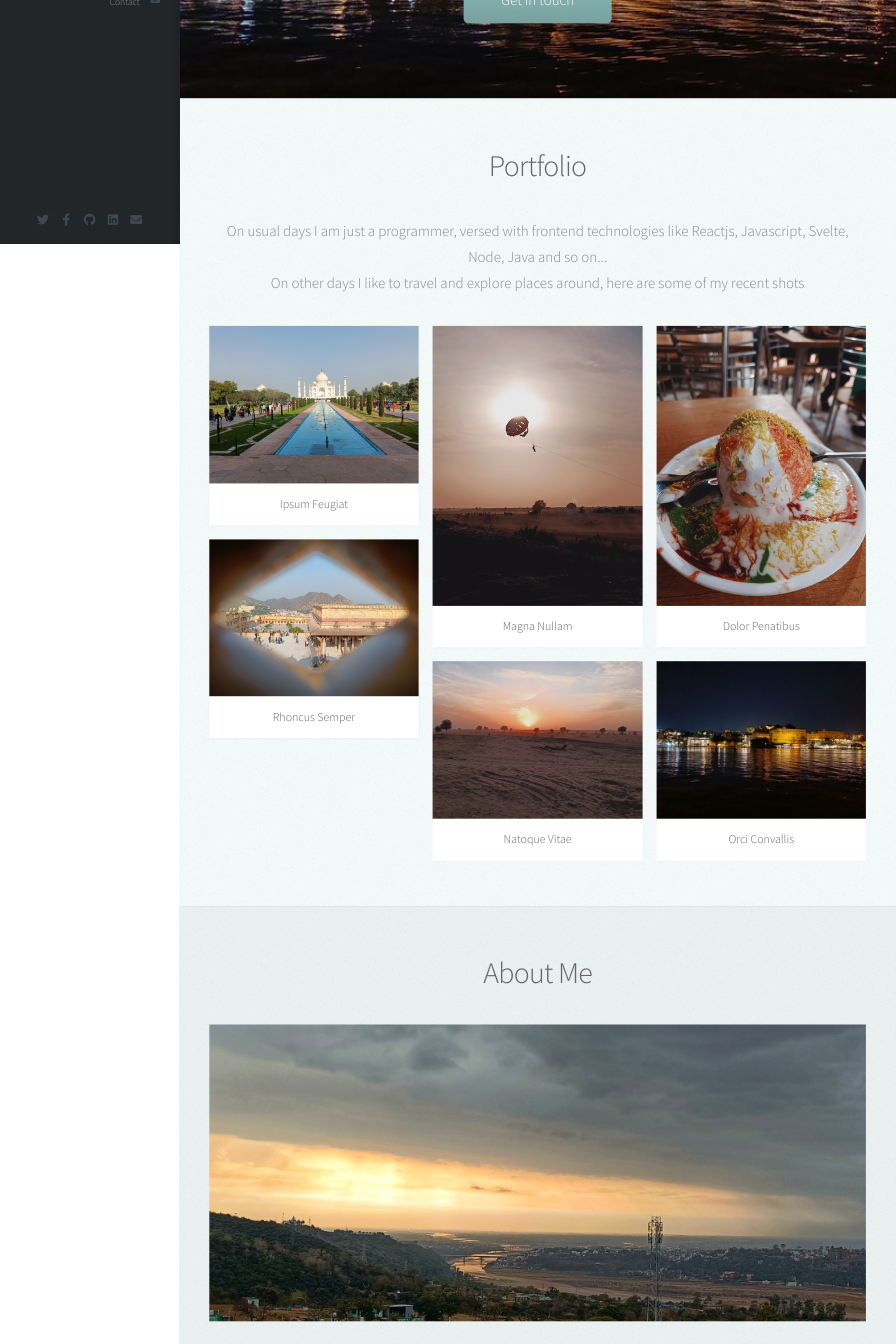
Repository: lovishchib/lovishchib.github.io
Page: index.html
An editor plug-in stored every save of this project. The page is shown before and after the next save, followed by the edit.
The browser window is 1280 px wide. The pictures show the part of the page from y = 371 to 2291 px (the page is 3572 px tall), at 70% of full size.

Above is the page before, as saved 2022-02-11 21:05:52.

### index.html
<!DOCTYPE HTML>
<!--
	Prologue by HTML5 UP
	html5up.net | @ajlkn
	Free for personal and commercial use under the CCA 3.0 license (html5up.net/license)
-->
<html>
	<head>
		<title>Lovish Chib</title>
		<meta charset="utf-8" />
		<meta name="viewport" content="width=device-width, initial-scale=1, user-scalable=no" />
		<link rel="stylesheet" href="assets/css/main.css" />
	</head>
	<body class="is-preload">

		<!-- Header -->
			<div id="header">

				<div class="top">

					<!-- Logo -->
						<div id="logo">
							<span class="image avatar48"><img src="images/avatar.jpg" alt="" /></span>
							<h1 id="title">Lovish Singh Chib</h1>
							<p>Senior Software Engineer</p>
						</div>

					<!-- Nav -->
						<nav id="nav">
							<ul>
								<li><a href="#top" id="top-link"><span class="icon solid fa-home">Intro</span></a></li>
								<li><a href="#portfolio" id="portfolio-link"><span class="icon solid fa-th">Portfolio</span></a></li>
								<li><a href="#about" id="about-link"><span class="icon solid fa-user">About Me</span></a></li>
								<li><a href="#contact" id="contact-link"><span class="icon solid fa-envelope">Contact</span></a></li>
							</ul>
						</nav>

				</div>

				<div class="bottom">

					<!-- Social Icons -->
						<ul class="icons">
							<li><a href="https://twitter.com/lovishchib" class="icon brands fa-twitter"><span class="label">Twitter</span></a></li>
							<li><a href="https://www.facebook.com/lovishsinghchib" class="icon brands fa-facebook-f"><span class="label">Facebook</span></a></li>
							<li><a href="https://github.com/lovishchib" class="icon brands fa-github"><span class="label">Github</span></a></li>
							<li><a href="https://www.linkedin.com/in/lovish-chib/" class="icon brands fa-linkedin"><span class="label">Linkedin</span></a></li>
							<li><a href="mailto:lovishchib@outlook.com" class="icon solid fa-envelope"><span class="label">Email</span></a></li>
						</ul>

				</div>

			</div>

		<!-- Main -->
			<div id="main">

				<!-- Intro -->
					<section id="top" class="one dark cover">
						<div class="container">

							<header>
								<h2 class="alt">Hi! I'm <strong>Lovish Chib</strong>,<br/> a techie
								by heart</h2>
								<p>A traveller and a foodie rest of the times</p>
							</header>

							<footer>
								<a href="#contact" class="button scrolly">Get in touch</a>
							</footer>

						</div>
					</section>

				<!-- Portfolio -->
					<section id="portfolio" class="two">
						<div class="container">

							<header>
								<h2>Portfolio</h2>
							</header>

							<p>On usual days I am just a programmer, versed with frontend technologies like Reactjs, Javascript, Svelte, Node, Java and so on... <br/>
								On other days I like to travel and explore places around, here are some of my recent shots</p>

							<div class="row">
								<div class="col-4 col-12-mobile">
									<article class="item">
										<a href="#" class="image fit"><img src="images/pic02.jpg" alt="" /></a>
										<header>
											<h3>Ipsum Feugiat</h3>
										</header>
									</article>
									<article class="item">
										<a href="#" class="image fit"><img src="images/pic03.jpg" alt="" /></a>
										<header>
											<h3>Rhoncus Semper</h3>
										</header>
									</article>
								</div>
								<div class="col-4 col-12-mobile">
									<article class="item">
										<a href="#" class="image fit"><img src="images/pic04.jpg" alt="" /></a>
										<header>
											<h3>Magna Nullam</h3>
										</header>
									</article>
									<article class="item">
										<a href="#" class="image fit"><img src="images/pic05.jpg" alt="" /></a>
										<header>
											<h3>Natoque Vitae</h3>
										</header>
									</article>
								</div>
								<div class="col-4 col-12-mobile">
									<article class="item">
										<a href="#" class="image fit"><img src="images/pic06.jpg" alt="" /></a>
										<header>
											<h3>Dolor Penatibus</h3>
										</header>
									</article>
									<article class="item">
										<a href="#" class="image fit"><img src="images/pic07.jpg" alt="" /></a>
										<header>
											<h3>Orci Convallis</h3>
										</header>
									</article>
								</div>
							</div>

						</div>
					</section>

				<!-- About Me -->
					<section id="about" class="three">
						<div class="container">

							<header>
								<h2>About Me</h2>
							</header>

							<a href="#" class="image featured"><img src="images/pic08.jpg" alt="" /></a>

							<p>Tincidunt eu elit diam magnis pretium accumsan etiam id urna. Ridiculus
							ultricies curae quis et rhoncus velit. Lobortis elementum aliquet nec vitae
							laoreet eget cubilia quam non etiam odio tincidunt montes. Elementum sem
							parturient nulla quam placerat viverra mauris non cum elit tempus ullamcorper
							dolor. Libero rutrum ut lacinia donec curae mus vel quisque sociis nec
							ornare iaculis.</p>

						</div>
					</section>

				<!-- Contact -->
					<section id="contact" class="four">
						<div class="container">

							<header>
								<h2>Contact</h2>
							</header>

							<p>Elementum sem parturient nulla quam placerat viverra
							mauris non cum elit tempus ullamcorper dolor. Libero rutrum ut lacinia
							donec curae mus. Eleifend id porttitor ac ultricies lobortis sem nunc
							orci ridiculus faucibus a consectetur. Porttitor curae mauris urna mi dolor.</p>

							<form method="post" action="#">
								<div class="row">
									<div class="col-6 col-12-mobile"><input type="text" name="name" placeholder="Name" /></div>
									<div class="col-6 col-12-mobile"><input type="text" name="email" placeholder="Email" /></div>
									<div class="col-12">
										<textarea name="message" placeholder="Message"></textarea>
									</div>
									<div class="col-12">
										<input type="submit" value="Send Message" />
									</div>
								</div>
							</form>

						</div>
					</section>

			</div>

		<!-- Footer -->
			<div id="footer">

				<!-- Copyright -->
					<ul class="copyright">
						<li>&copy; Untitled. All rights reserved.</li><li>Design: <a href="http://html5up.net">HTML5 UP</a></li>
					</ul>

			</div>

		<!-- Scripts -->
			<script src="assets/js/jquery.min.js"></script>
			<script src="assets/js/jquery.scrolly.min.js"></script>
			<script src="assets/js/jquery.scrollex.min.js"></script>
			<script src="assets/js/browser.min.js"></script>
			<script src="assets/js/breakpoints.min.js"></script>
			<script src="assets/js/util.js"></script>
			<script src="assets/js/main.js"></script>

	</body>
</html>

Loaded but not shown: assets/js/jquery.min.js (library); assets/js/jquery.scrolly.min.js (common file); assets/js/jquery.scrollex.min.js (common file); assets/js/browser.min.js (common file); assets/js/breakpoints.min.js (common file); assets/css/fontawesome-all.min.css (library); assets/js/util.js (587 lines, source omitted); assets/js/main.js (123 lines, source omitted); assets/css/main.css (2633 lines, source omitted)

After the next save:
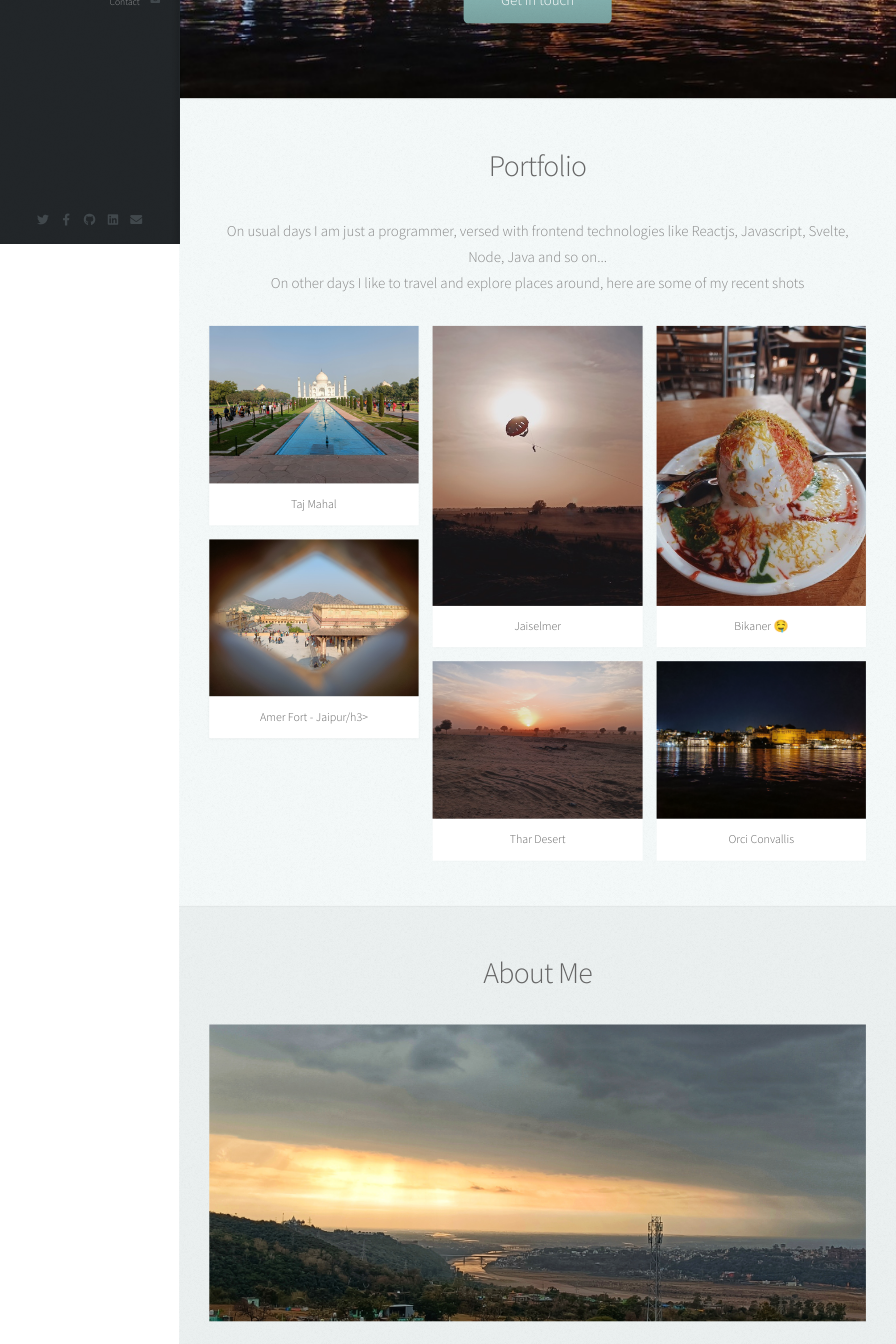
Saved 13 min 12 s later.
--- a/index.html
+++ b/index.html
@@ -88,13 +88,13 @@
 									<article class="item">
 										<a href="#" class="image fit"><img src="images/pic02.jpg" alt="" /></a>
 										<header>
-											<h3>Ipsum Feugiat</h3>
+											<h3>Taj Mahal</h3>
 										</header>
 									</article>
 									<article class="item">
 										<a href="#" class="image fit"><img src="images/pic03.jpg" alt="" /></a>
 										<header>
-											<h3>Rhoncus Semper</h3>
+											<h3>Amer Fort - Jaipur/h3>
 										</header>
 									</article>
 								</div>
@@ -102,13 +102,13 @@
 									<article class="item">
 										<a href="#" class="image fit"><img src="images/pic04.jpg" alt="" /></a>
 										<header>
-											<h3>Magna Nullam</h3>
+											<h3>Jaiselmer</h3>
 										</header>
 									</article>
 									<article class="item">
 										<a href="#" class="image fit"><img src="images/pic05.jpg" alt="" /></a>
 										<header>
-											<h3>Natoque Vitae</h3>
+											<h3>Thar Desert</h3>
 										</header>
 									</article>
 								</div>
@@ -116,7 +116,7 @@
 									<article class="item">
 										<a href="#" class="image fit"><img src="images/pic06.jpg" alt="" /></a>
 										<header>
-											<h3>Dolor Penatibus</h3>
+											<h3>Bikaner &#129316;</h3>
 										</header>
 									</article>
 									<article class="item">
